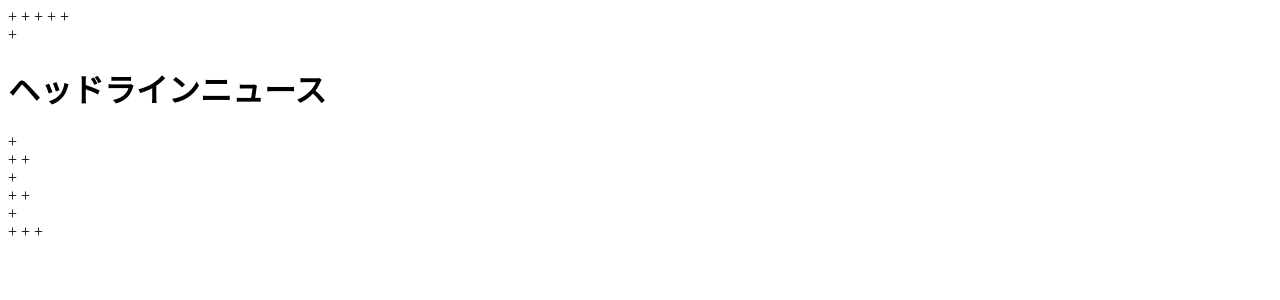
Repository: BearTepp/samurai_HTML-CSS
Page: layout.html
The author's editor kept a record of every edit. The page is drawn from the files as they stood at one moment, then again after the next edit.
The browser window is 1280 px wide. The pictures show the whole page.

Above is the page before.

After the next edit:
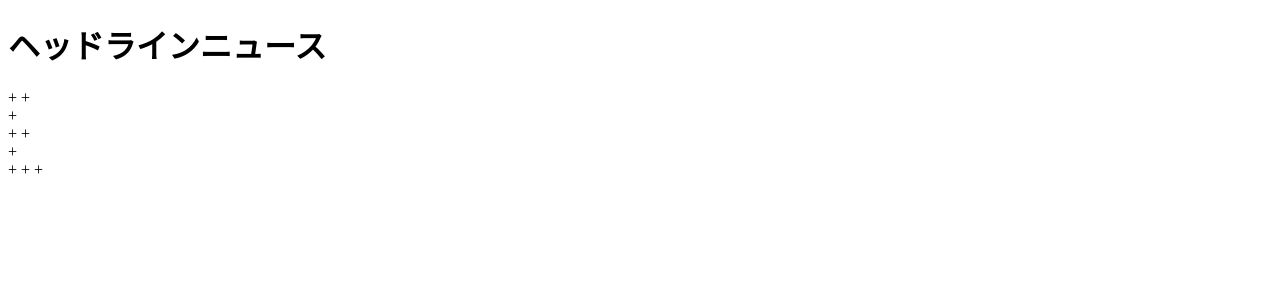
The edit:
--- a/layout.html
+++ b/layout.html
@@ -1,10 +1,10 @@
-+ <!DOCTYPE html>
-+ <html>
-+
-+ <body>
-+   <header>
-+     <h1>ヘッドラインニュース</h1>
-+   </header>
+  <!DOCTYPE html>
+  <html>
+
+  <body>
+    <header>
+      <h1>ヘッドラインニュース</h1>
+    </header>
     <meta charset="utf-8">
 +
 +   <main>
